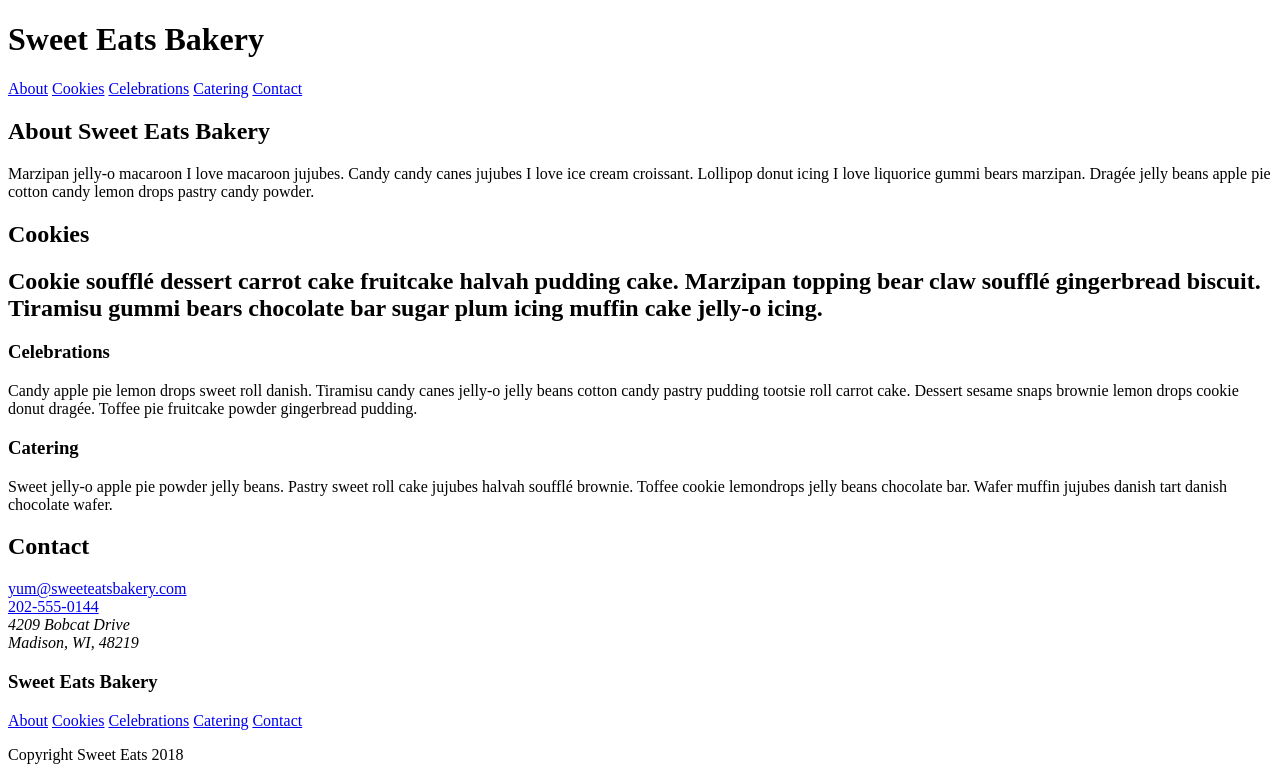
Repository: yoshimario/web-module-challenge-user-interface
Page: index.html
The author's editor kept a copy of each file at every save. The page is drawn from the files as they stood at one save, then again after a run of saves.
The browser window is 1280 px wide. The pictures show the whole page.
Some web fonts or font styles are not loaded; a fallback is used.

Above is the page before, as saved 2023-05-15 13:35:13.

### index.html
<!DOCTYPE html>
<html lang="en">

<head>
    <meta charset="UTF-8">
    <!-- import your css file -->
    <link href="https://fonts.googleapis.com/css?family=Gaegu|Roboto" rel="stylesheet">
    <title>Sweet Eats Bakery</title>
</head>

<body>

    <!-- company name -->
    <h1>Sweet Eats Bakery</h1>
    <header headerNavLinksf>
        <!-- Navigation -->
        <nav>
            <a href="#about">About</a>
            <a href="#cookies">Cookies</a>
            <a href="#celebrations">Celebrations</a>
            <a href="#catering">Catering</a>
            <a href="#contact">Contact</a>
        </nav>
    </header>
    <!-- Image https://tk-assets.lambdaschool.com/bcf76f62-2431-4c22-b466-2e711f3da2b9_ui-i-bakery-main-header.png -->

    <!-- Marketing header -->
    <section id="about">
        <h2>About Sweet Eats Bakery </h2>

        <p>Marzipan jelly-o macaroon I love macaroon jujubes. Candy candy canes jujubes I love ice cream croissant.
            Lollipop
            donut icing I love liquorice gummi bears marzipan. Dragée jelly beans apple pie cotton candy lemon drops
            pastry candy
            powder.</p>
    </section>
    <!-- content -->

    <!-- Image https://tk-assets.lambdaschool.com/7393a8fd-c8e5-4003-921f-79e0d546d02c_ui-i-bakery-cookies.png -->
    <section id="cookies">
        <h2>Cookies</h2>

        <h2>Cookie soufflé dessert carrot cake fruitcake halvah pudding cake. Marzipan topping bear claw soufflé gingerbread
        biscuit. Tiramisu gummi bears chocolate bar sugar plum icing muffin cake jelly-o icing.</h2>
    </section>
    <!-- Image https://tk-assets.lambdaschool.com/297378d6-9c89-430f-9d2e-46ae3d5edce8_ui-i-bakery-cupcake-i.png -->

    <section id="celebrations">
        <h3>Celebrations</h3>

        <p>Candy apple pie lemon drops sweet roll danish. Tiramisu candy canes jelly-o jelly beans cotton candy pastry
            pudding
            tootsie roll carrot cake. Dessert sesame snaps brownie lemon drops cookie donut dragée. Toffee pie fruitcake
            powder
            gingerbread pudding.</p>
    </section>
    <!-- Image https://tk-assets.lambdaschool.com/ab0cb095-5900-476c-b042-aea065d3dbbf_ui-i-bakery-celebrate.png -->
    <section id="catering">
        <h3>Catering</h3>

        <p>Sweet jelly-o apple pie powder jelly beans. Pastry sweet roll cake jujubes halvah soufflé brownie. Toffee
            cookie
            lemondrops jelly beans chocolate bar. Wafer muffin jujubes danish tart danish chocolate wafer.</p>
    </section>
    <section id="contact">
        <h2>Contact</h2>

        <a href="mailto:yum@sweeteatsbakery.com">yum@sweeteatsbakery.com</a><br>
        <a href="tel:202-555-0144">202-555-0144</a><br>
        <address>4209 Bobcat Drive<br>
            Madison, WI, 48219</address>
    </section>
    <!-- footer -->
    <footer>
        <h3>Sweet Eats Bakery</h3>
        <nav>
            <a href="#about">About</a>
            <a href="#cookies">Cookies</a>
            <a href="#celebrations">Celebrations</a>
            <a href="#catering">Catering</a>
            <a href="#contact">Contact</a>
        </nav>
        <p>Copyright Sweet Eats 2018</p>
    </footer>
</body>

</html>

After the next 4 saves:
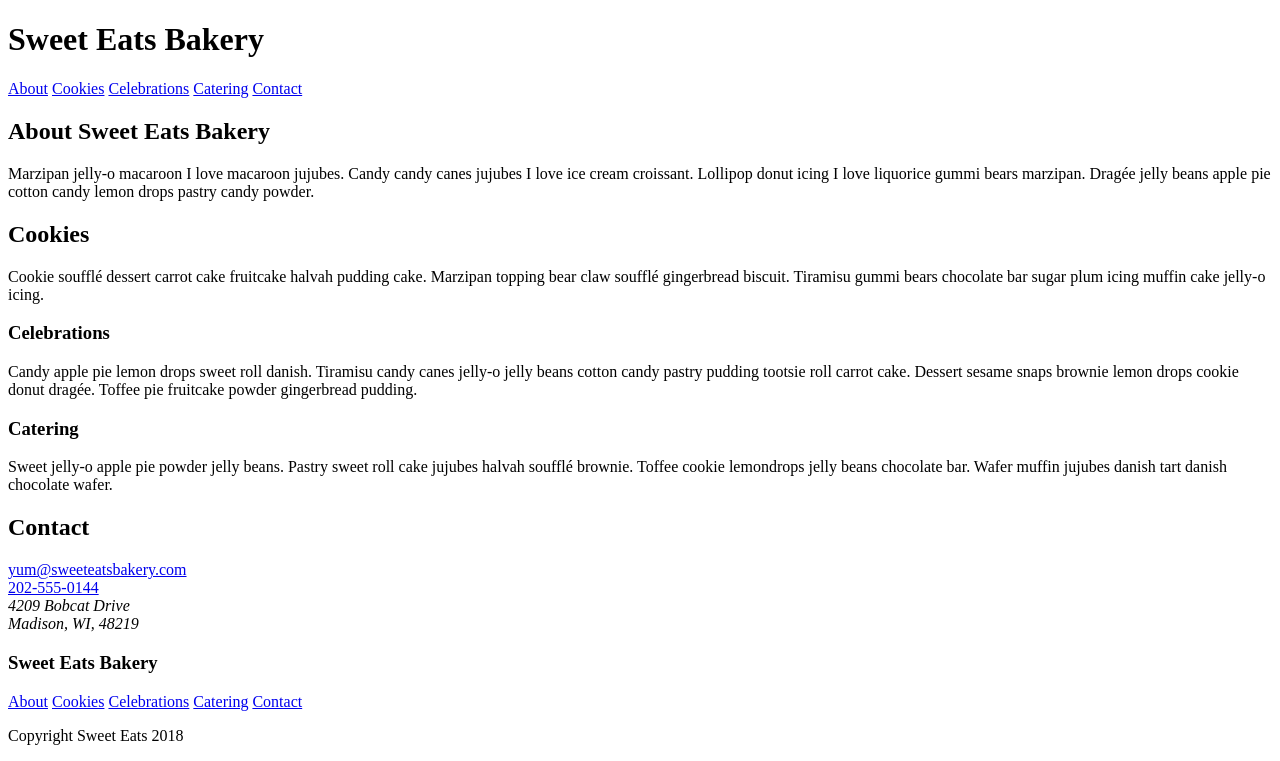
The 4 saves are shown as one change because they came seconds apart.
The last was saved 13 s later.
--- a/index.html
+++ b/index.html
@@ -40,8 +40,9 @@
     <section id="cookies">
         <h2>Cookies</h2>
 
-        <h2>Cookie soufflé dessert carrot cake fruitcake halvah pudding cake. Marzipan topping bear claw soufflé gingerbread
-        biscuit. Tiramisu gummi bears chocolate bar sugar plum icing muffin cake jelly-o icing.</h2>
+        <p>Cookie soufflé dessert carrot cake fruitcake halvah pudding cake. Marzipan topping bear claw soufflé
+            gingerbread
+            biscuit. Tiramisu gummi bears chocolate bar sugar plum icing muffin cake jelly-o icing.</p>
     </section>
     <!-- Image https://tk-assets.lambdaschool.com/297378d6-9c89-430f-9d2e-46ae3d5edce8_ui-i-bakery-cupcake-i.png -->
 
